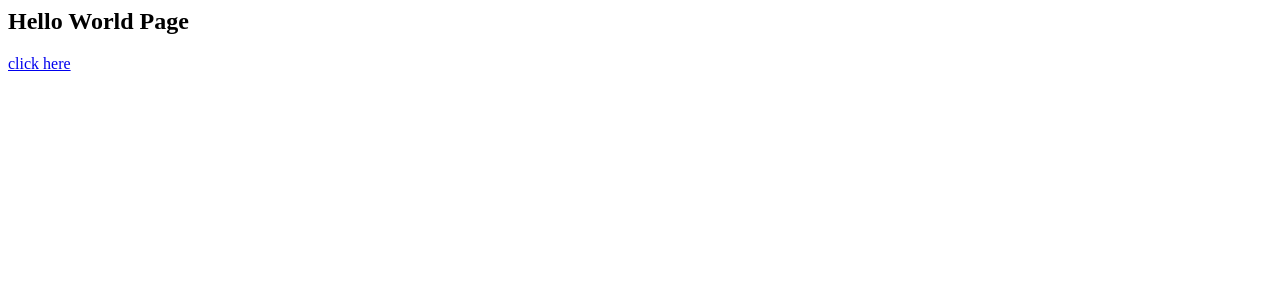
Repository: NagaManindra/Assignments
Page: http://localhost/Sample/
An editor plug-in stored every save of this project. The page is shown before and after the next save, followed by the edit.
The browser window is 1280 px wide. The pictures show the whole page.
The page is served by Tomcat 9. Other server files are loaded and not shown.

Above is the page before, as saved 2022-03-22 04:39:33.

### WorkSpace/Sample/src/main/webapp/index.jsp
<html>
<body>
<h2>Hello World Page</h2>
<a href="hello"> click here</a>
</body>
</html>

After the next save:
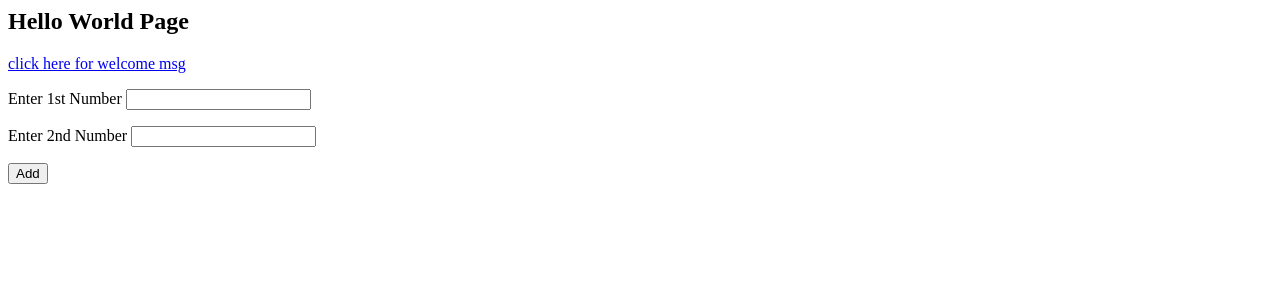
Saved 10 min 22 s later.
--- a/WorkSpace/Sample/src/main/webapp/index.jsp
+++ b/WorkSpace/Sample/src/main/webapp/index.jsp
@@ -1,6 +1,17 @@
 <html>
 <body>
 <h2>Hello World Page</h2>
-<a href="hello"> click here</a>
+<a href="hello"> click here for welcome msg</a>
+<form action="Calculate">
+<p>
+Enter 1st Number <input type="text" name="1stNumber"/>
+</p>
+<p>
+Enter 2nd Number <input type="text" name="2ndNumber"/>
+</p>
+<p>
+<input type="submit" value="Add"/>
+</p>
+</form>
 </body>
 </html>
